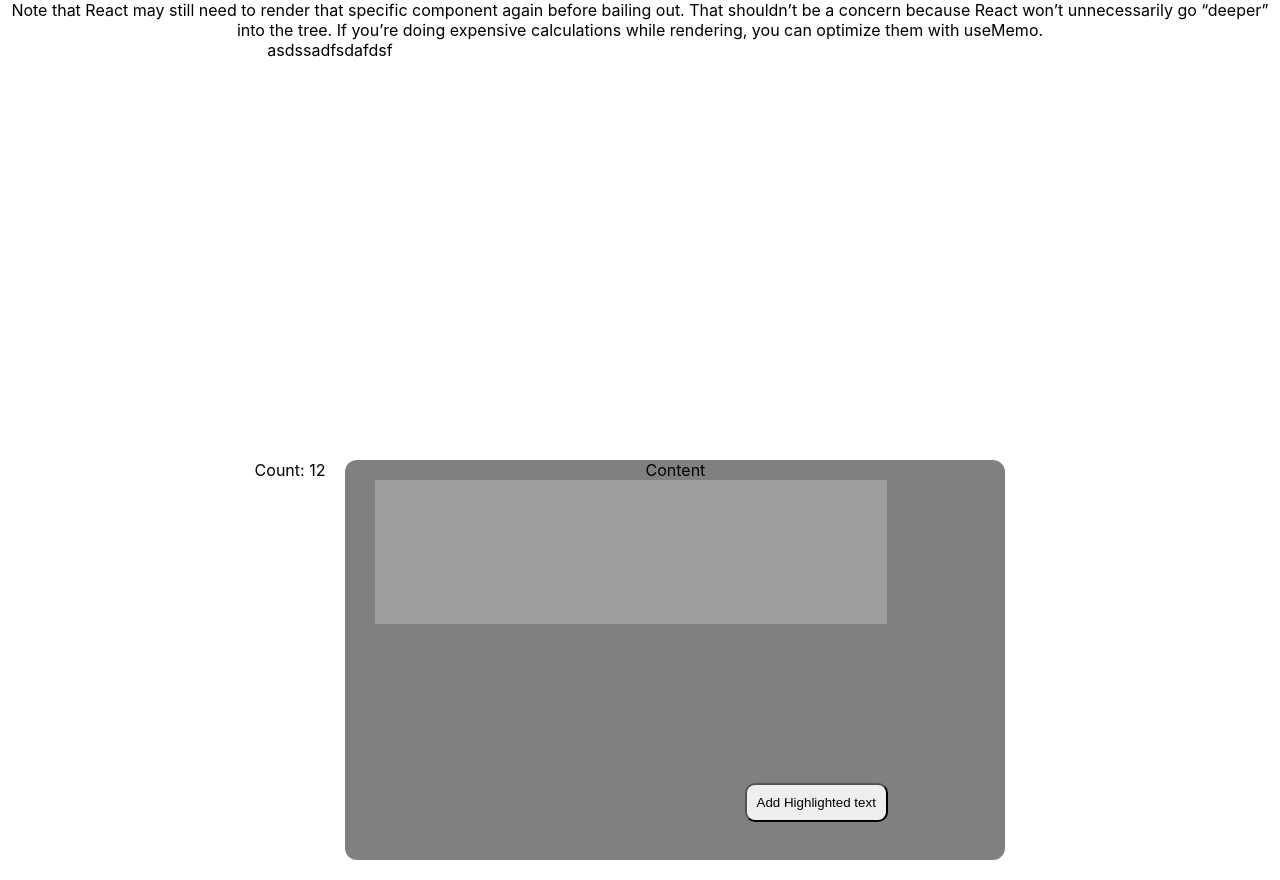
Repository: Farbod29/React-text-highlighter-with-hook-
Page: /
An editor plug-in stored every save of this project. The page is shown before and after the next save, followed by the edit.
The browser window is 1280 px wide. The pictures show the whole page.
Pictures or frames that could not be fetched are drawn as grey boxes. The project was rebuilt for these pictures with package versions that can differ from the ones it lists, and the page was loaded fresh each time.

Above is the page before, as saved 2022-02-18 21:56:13.

### src/App.js
import './App.css';
import Highlighter from './highlighter';
function App() {
  return (
    <div className="App">
      <Highlighter />
    </div>
  );
}

export default App;

### src/highlighter.js
import React, { useEffect, useState } from 'react';

export default function Highlighter() {
  let doit = () => {
    document.onmouseup = () => {
      console.log(window.getSelection().toString());
    };
  };
  const [count, setCount] = useState(12);
  return (
    <>
      <div>
        {' '}
        Note that React may still need to render that specific component again
        before bailing out. That shouldn’t be a concern because React won’t
        unnecessarily go “deeper” into the tree. If you’re doing expensive
        calculations while rendering, you can optimize them with useMemo.
      </div>
      <div
        style={{
          padding: '0px 10px',
          backgroundColor: 'light-gray',
          height: '400px',
          width: '50vw',
          borderRadius: '12px',
        }}
      >
        {' '}
        asdssadfsdafdsf{' '}
      </div>
      Count: {count}
      {/* <button onClick={() => setCount((prevCount) => prevCount - 1)}>-</button> */}
      <div
        style={{
          padding: '0px 10px',
          height: '400px',
          width: '50vw',
          margin: '20px',
          borderRadius: '12px',
          backgroundColor: 'gray',
          inline: true,
          fontColor: 'red',
          display: 'inline-block',
          textAlign: 'center',
          position: 'relative',
        }}
      >
        <img
          style={{
            height: '20vh',
            width: '40vw',
            position: 'absolute',
            left: 30,
            top: 20,
          }}
          src="https://pfrias.couragecompanion.eu/storage/m/_v2/213604778138275840/4f8b684e5-e9314a/vlyvkRQwb3ew/u8hVvH5l5IFvha9MQyXCzPOYLo2SXG3bqIpv6vBg.png"
        ></img>
        Content
        <div
          style={{
            position: 'absolute',
            bottom: '3vw',
            left: '24vw',
            right: '2vw',
          }}
        >
          <button
            style={{ padding: '10px', borderRadius: '10px' }}
            onClick={() => setCount(12)}
          >
            {' '}
            Add Highlighted text{' '}
          </button>
        </div>
      </div>
      {doit()}
    </>
  );
}

Loaded but not shown: public/index.html (common file); src/index.js (common file); src/index.css (common file); src/reportWebVitals.js (common file); src/App.css (common file)

After the next save:
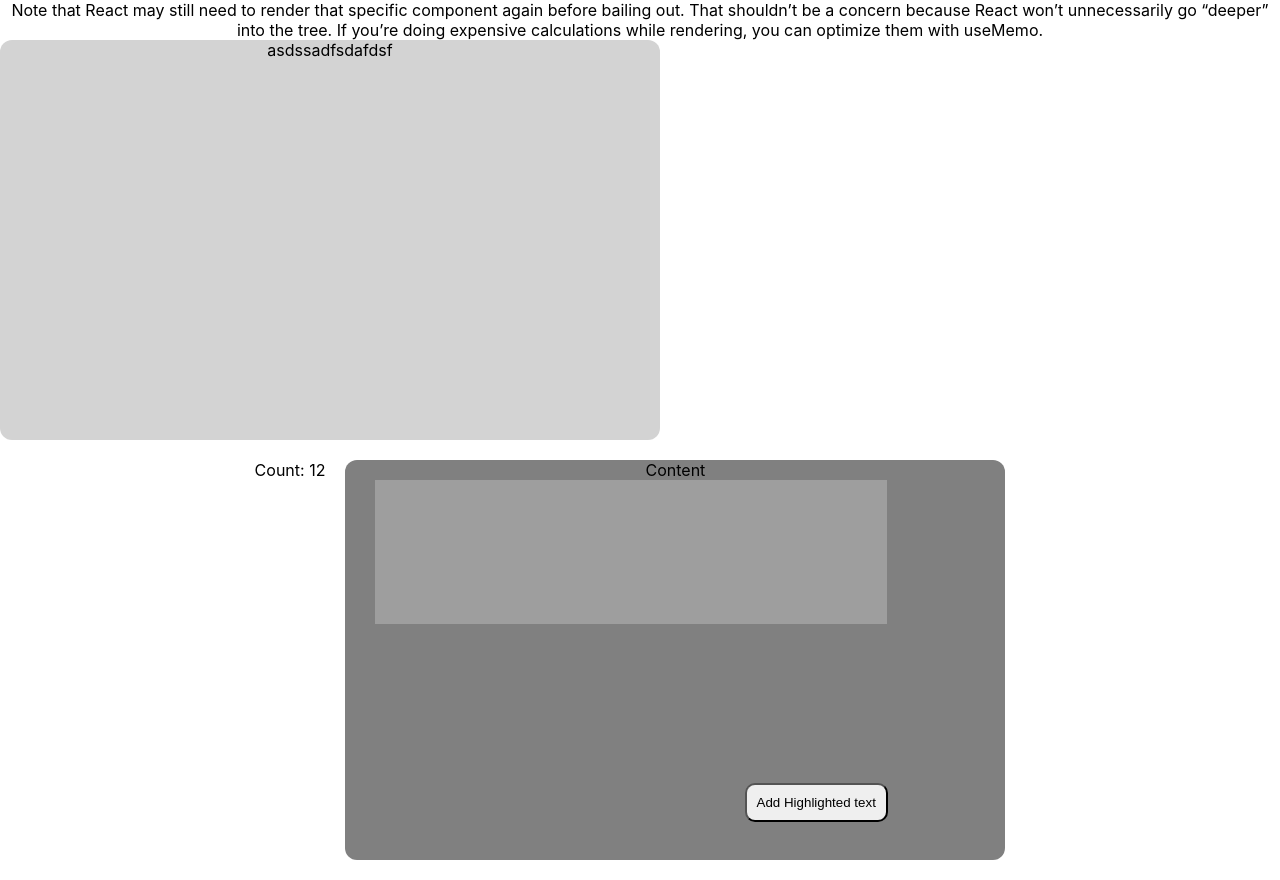
Saved 27 s later.
--- a/src/highlighter.js
+++ b/src/highlighter.js
@@ -19,7 +19,7 @@ export default function Highlighter() {
       <div
         style={{
           padding: '0px 10px',
-          backgroundColor: 'light-gray',
+          backgroundColor: '#D3D3D3',
           height: '400px',
           width: '50vw',
           borderRadius: '12px',
